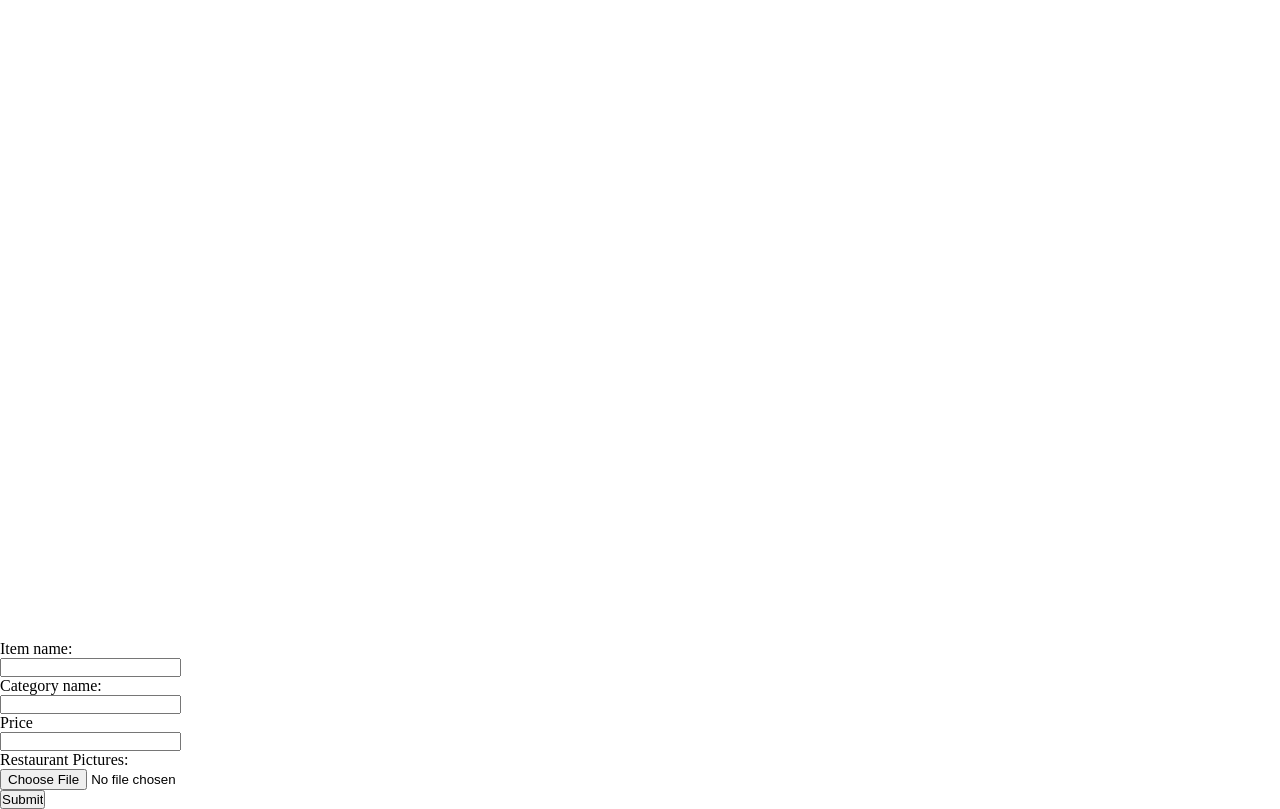
Repository: jatannoury/Ecommerce-Laravel-Electron
Page: Admin-electron/src/HTML/add_item.html
These files come from the project's save history. The page is drawn as it stood at one moment and after the next save; the edit follows.
The browser window is 1280 px wide. The pictures show the whole page.

Above is the page before, as saved 2022-06-10 22:16:55.

After the next save:
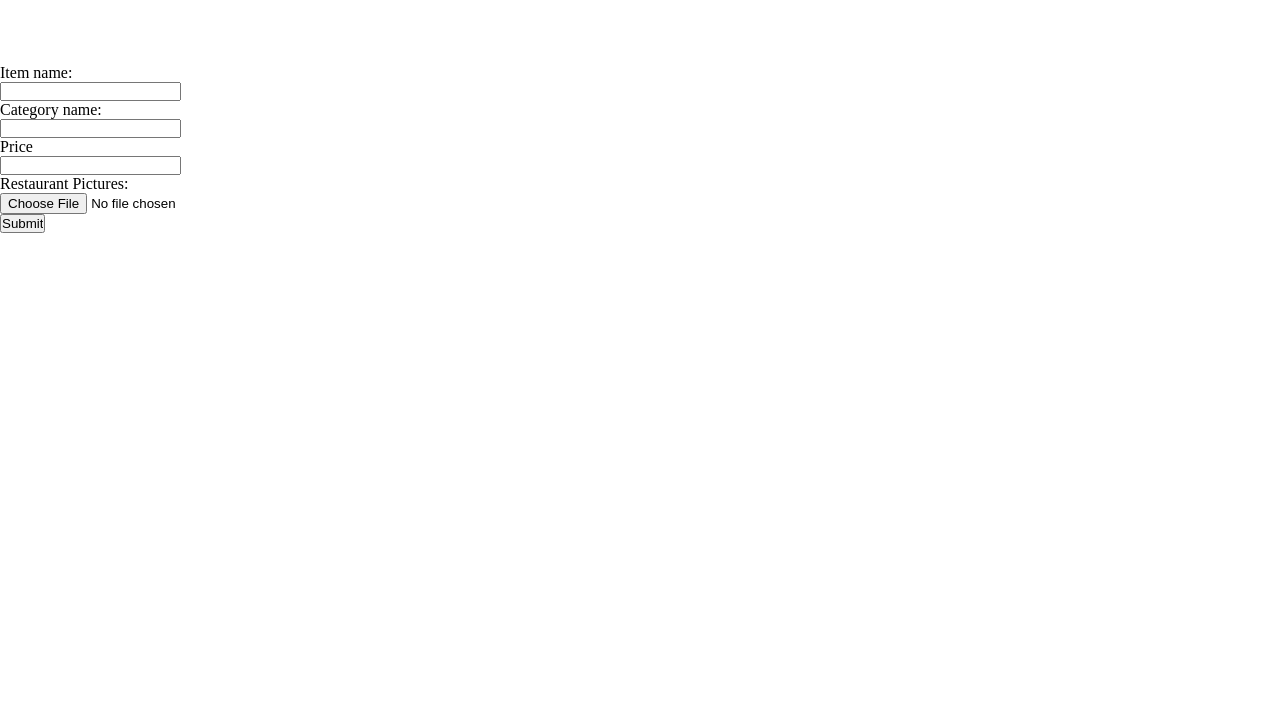
Saved 37 s later.
--- a/Admin-electron/src/CSS/styles.css
+++ b/Admin-electron/src/CSS/styles.css
@@ -23,5 +23,5 @@
 }
 
 form {
-    padding-top: 50%;
+    padding-top: 5%;
 }
